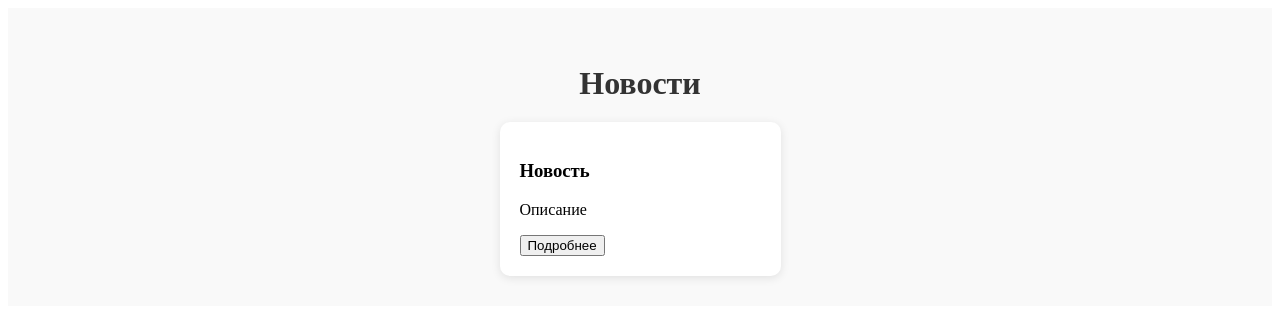
Repository: MaratLK/PLKFrontend
Page: Templates/NewsForIndex.html
These files come from the project's save history. The page is drawn as it stood at one moment and after the next save; the edit follows.
The browser window is 1280 px wide. The pictures show the whole page.

Above is the page before, as saved 2024-08-25 06:34:17.

### Templates/NewsForIndex.html
<!DOCTYPE html>
<html lang="en">
  <head>
    <meta charset="UTF-8" />
    <meta name="viewport" content="width=device-width, initial-scale=1.0" />
    <title>Document</title>
    <style>
      .news {
    padding: 30px;
    background-color: #f9f9f9;
    text-align: center;}

    .news h2 {
    font-size: 2em;
    color: #333;
    margin-bottom: 20px;
    }

    .news-container {
    display: flex;
    justify-content: center;
    flex-wrap: wrap;
    gap: 20px;
}

.news-card {
    background-color: #ffffff;
    border-radius: 10px;
    box-shadow: 0 2px 10px rgba(0, 0, 0, 0.1);
    padding: 20px;
    width: calc(25% - 20px);
    box-sizing: border-box;
    text-align: left;
}


    </style>
  </head>
  <body>
    <section id="news" class="news">
        <h2>Новости</h2>
        <div class="news-container">
            <div class="news-card">
                <h3>Новость</h3>
                <p>Описание</p>
                <button class="open-modal" data-news="news1">Подробнее</button>
            </div>
  </body>
</html>

After the next save:
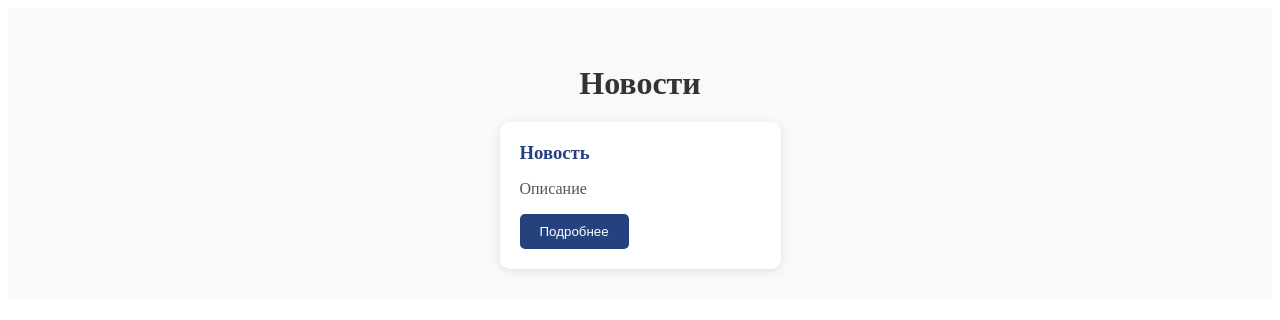
Saved 61 s later.
--- a/Templates/NewsForIndex.html
+++ b/Templates/NewsForIndex.html
@@ -33,7 +33,23 @@
     text-align: left;
 }
 
+.news-card h3 {
+    margin: 0 0 10px;
+    color: #25427e;
+}
 
+.news-card p {
+    color: #555;
+}
+.news-card button {
+    background-color: #25427e;
+    color: white;
+    padding: 10px 20px;
+    border: none;
+    border-radius: 5px;
+    cursor: pointer;
+    transition: background-color 0.3s;
+}
     </style>
   </head>
   <body>
